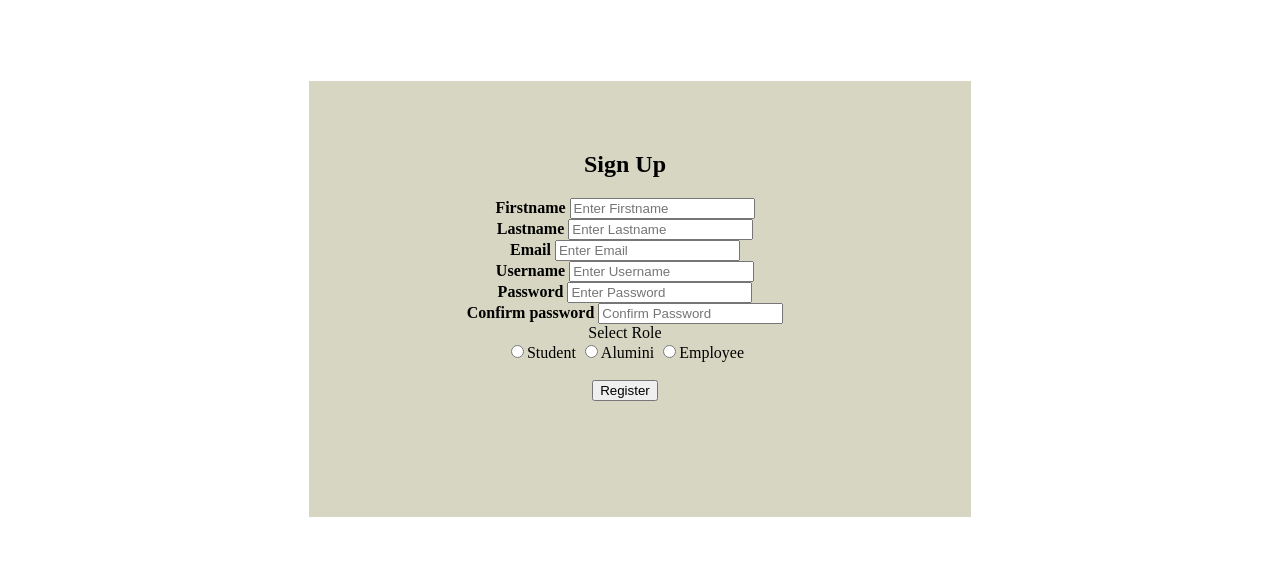
Repository: NeeleshPoojari/Project-2
Page: frontend_project2/WebContent/views/registrationform.html
The author's editor kept a copy of each file at every save. The page is drawn from the files as they stood at one save, then again after the next save.
The browser window is 1280 px wide. The pictures show the whole page.

Above is the page before, as saved 2017-07-17 14:38:13.

### frontend_project2/WebContent/views/registrationform.html
<link href="css/registrationform.css" media="all" rel="stylesheet" type="text/css" />

<div class="Container">
	<div class="middle" style="margin-top: 80px;">

		<h2 align="center">Sign Up</h2>
		<form>
			<div align="center">
				<div class="row">
					<div class="form-group col-xs-6">
						<label><b>Firstname</b></label> <input type="text"
							ng-model="user.firstname" placeholder="Enter Firstname"
							class="form-control input-lg" required>
					</div>


					<div class="form-group col-xs-6">
						<label><b>Lastname</b></label> <input type="text"
							ng-model="user.lastname" placeholder="Enter Lastname"
							class="form-control input-lg" required>
					</div>

				</div>
			</div>

			<div align="center">
				<div class="row">
					<div class="form-group col-xs-6">
						<label><b>Email</b></label> <input type="text"
							ng-model="user.email" placeholder="Enter Email"
							class="form-control input-lg" required>
					</div>


					<div class="form-group col-xs-6">
						<label><b>Username</b></label> <input type="text"
							ng-model="user.username" placeholder="Enter Username"
							class="form-control input-lg" required>
					</div>

				</div>
			</div>


			<div align="center">
				<div class="row">
					<div class="form-group col-xs-6">
						<label><b>Password</b></label> <input type="password"
							ng-model="user.password" placeholder="Enter Password"
							class="form-control input-lg" required>
					</div>


					<div class="form-group col-xs-6">
						<label><b>Confirm password</b></label> <input type="password"
							placeholder="Confirm Password" class="form-control input-lg"
							required>
					</div>

				</div>
			</div>

			<div align="center">
				<label>Select Role</label><br>
				<div class="row">
					<input type="radio" ng-model="user.role" value="Student">Student
					<input type="radio" ng-model="user.role" value="Alumini">Alumini
					<input type="radio" ng-model="user.role" value="Employee">Employee
				</div>
				<br>
				<button type="submit" ng-click="register()" class="btn btn-success">Register</button>
			</div>

			<!--

		Enter Firstname:<input type="text" ng-model="user.firstname"><br>
		Enter Lastname:<input type="text" ng-model="user.lastname"><br>
		Enter Email:<input type="text" ng-model="user.email"><br>
		Enter Username:<input type="text" ng-model="user.username"><br>
		Enter Password:<input type="password" ng-model="user.password"><br>

		Select Role<input type="radio" ng-model="user.role" value="Student">Student<br>
		<input type="radio" ng-model="user.role" value="Alumini">Alumini<br>
		<input type="radio" ng-model="user.role" value="Employee">Employee<br>

		<input type="submit" ng-click="register()"><br>
		 -->


		</form>
	</div>
</div>

### frontend_project2/WebContent/css/registrationform.css
.middle {
	border: 1px solid white;
	background-color: #d6d6c2;
	padding-top: 50px;
	padding-right: 50px;
	padding-bottom: 100px;
	padding-left: 20px;
	margin-left: 300px;
	margin-right: 300px;
}

After the next save:
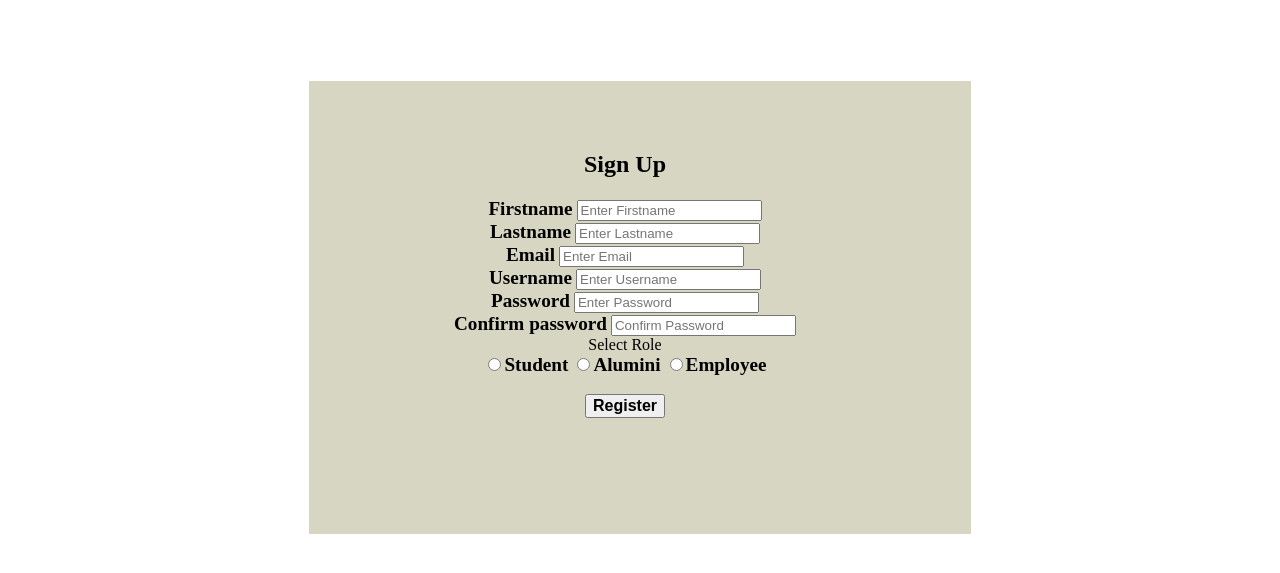
Saved 4 min 4 s later.
--- a/frontend_project2/WebContent/views/registrationform.html
+++ b/frontend_project2/WebContent/views/registrationform.html
@@ -8,14 +8,14 @@
 			<div align="center">
 				<div class="row">
 					<div class="form-group col-xs-6">
-						<label><b>Firstname</b></label> <input type="text"
+						<label><b><big>Firstname</big></b></label> <input type="text"
 							ng-model="user.firstname" placeholder="Enter Firstname"
 							class="form-control input-lg" required>
 					</div>
 
 
 					<div class="form-group col-xs-6">
-						<label><b>Lastname</b></label> <input type="text"
+						<label><b><big>Lastname</big></b></label> <input type="text"
 							ng-model="user.lastname" placeholder="Enter Lastname"
 							class="form-control input-lg" required>
 					</div>
@@ -26,14 +26,14 @@
 			<div align="center">
 				<div class="row">
 					<div class="form-group col-xs-6">
-						<label><b>Email</b></label> <input type="text"
+						<label><b><big>Email</big></b></label> <input type="text"
 							ng-model="user.email" placeholder="Enter Email"
 							class="form-control input-lg" required>
 					</div>
 
 
 					<div class="form-group col-xs-6">
-						<label><b>Username</b></label> <input type="text"
+						<label><b><big>Username</big></b></label> <input type="text"
 							ng-model="user.username" placeholder="Enter Username"
 							class="form-control input-lg" required>
 					</div>
@@ -45,14 +45,14 @@
 			<div align="center">
 				<div class="row">
 					<div class="form-group col-xs-6">
-						<label><b>Password</b></label> <input type="password"
+						<label><b><big>Password</big></b></label> <input type="password"
 							ng-model="user.password" placeholder="Enter Password"
 							class="form-control input-lg" required>
 					</div>
 
 
 					<div class="form-group col-xs-6">
-						<label><b>Confirm password</b></label> <input type="password"
+						<label><b><big>Confirm password</big></b></label> <input type="password"
 							placeholder="Confirm Password" class="form-control input-lg"
 							required>
 					</div>
@@ -63,12 +63,12 @@
 			<div align="center">
 				<label>Select Role</label><br>
 				<div class="row">
-					<input type="radio" ng-model="user.role" value="Student">Student
-					<input type="radio" ng-model="user.role" value="Alumini">Alumini
-					<input type="radio" ng-model="user.role" value="Employee">Employee
+					<input type="radio" ng-model="user.role" value="Student"><b><big>Student</big></b>
+					<input type="radio" ng-model="user.role" value="Alumini"><b><big>Alumini</big></b>
+					<input type="radio" ng-model="user.role" value="Employee"><b><big>Employee</big></b>
 				</div>
 				<br>
-				<button type="submit" ng-click="register()" class="btn btn-success">Register</button>
+				<button type="submit" ng-click="register()" class="btn btn-success"><b><big>Register</big></button>
 			</div>
 
 			<!--
